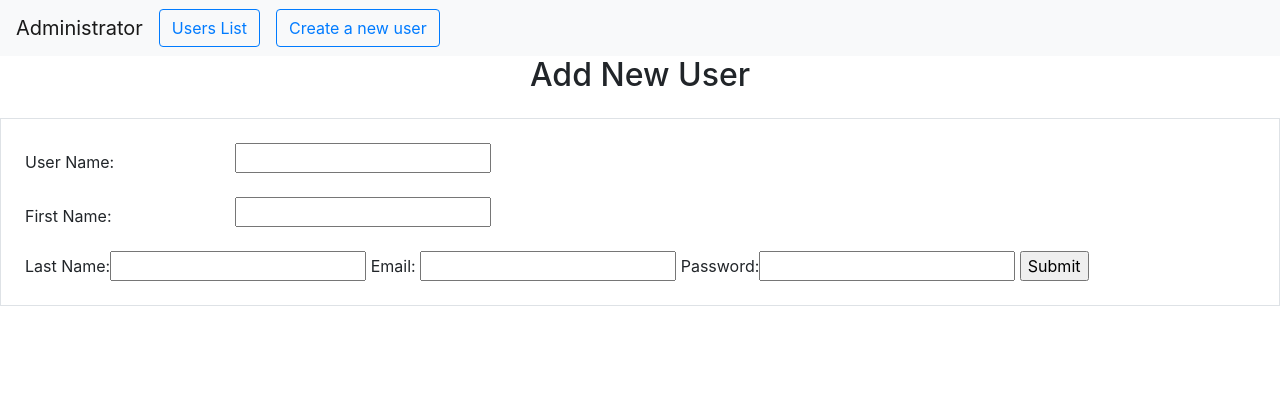
Repository: Dimitris-Kaler/Keycloak-Admin-Web-Interface
Page: http://localhost/rest-api/src/webapp/createUser.jsp
These files come from the project's save history. The page is drawn as it stood at one moment and after the next save; the edit follows.
The browser window is 1280 px wide. The pictures show the whole page.
The page is served by Tomcat 9. Other server files are loaded and not shown.

Above is the page before, as saved 2023-12-22 18:38:25.

### rest-api/src/webapp/createUser.jsp
<%@ page language="java" contentType="text/html; charset=ISO-8859-1"
    pageEncoding="ISO-8859-1"%>
<!DOCTYPE html>
<html>
<head>
<meta charset="ISO-8859-1">
<title>Insert title here</title>
<link rel="stylesheet" href="https://maxcdn.bootstrapcdn.com/bootstrap/4.0.0/css/bootstrap.min.css" integrity="sha384-Gn5384xqQ1aoWXA+058RXPxPg6fy4IWvTNh0E263XmFcJlSAwiGgFAW/dAiS6JXm" crossorigin="anonymous">
</head>
<body>
	   <nav class="navbar navbar-expand-lg navbar-light bg-light">
        <a class="navbar-brand" href="#">Administrator</a>
        <button class="navbar-toggler" type="button" data-toggle="collapse" data-target="#navbarNav"
            aria-controls="navbarNav" aria-expanded="false" aria-label="Toggle navigation">
            <span class="navbar-toggler-icon"></span>
        </button>
        <div class="collapse navbar-collapse" id="navbarNav">
            <ul class="navbar-nav">
                <li class="nav-item active">
                    <form class="form-inline my-2 my-lg-0" action="userRepository" method="GET">
                        <button class="btn btn-outline-primary my-2 my-sm-0" type="submit">Users List</button>
                    </form>
                </li>
                <li class="nav-item">
                    <form class="form-inline my-2 my-lg-0 mx-3" action="createUser" method="GET">
                        <button class="btn btn-outline-primary my-2 my-sm-0" type="submit">Create a new user</button>
                    </form>
                </li>
            </ul>
        </div>
    </nav>
<h2 class="text-center mb-4">Add New User</h2>
<form class="border p-4 form"action="addUser"method="POST" >
<div class="form-group row">
			<label for="Username" class="col-sm-2 col-form-label">User
				Name:</label>
			<div class="col-sm-10">
				<input type="text" name="Username">
			</div>
		</div>
<div class="form-group row">
			<label for="firstName" class="col-sm-2 col-form-label">First
				Name:</label>
			<div class="col-sm-10">
				<input type="text" name="firstName" ">
			</div>
		</div>
Last Name:<input type="text"name="lastName">
Email: <input type="email"name="email">
Password:<input type="password" name="password">
<input type="submit"name="submit">


</form>

</body>
</html>

After the next save:
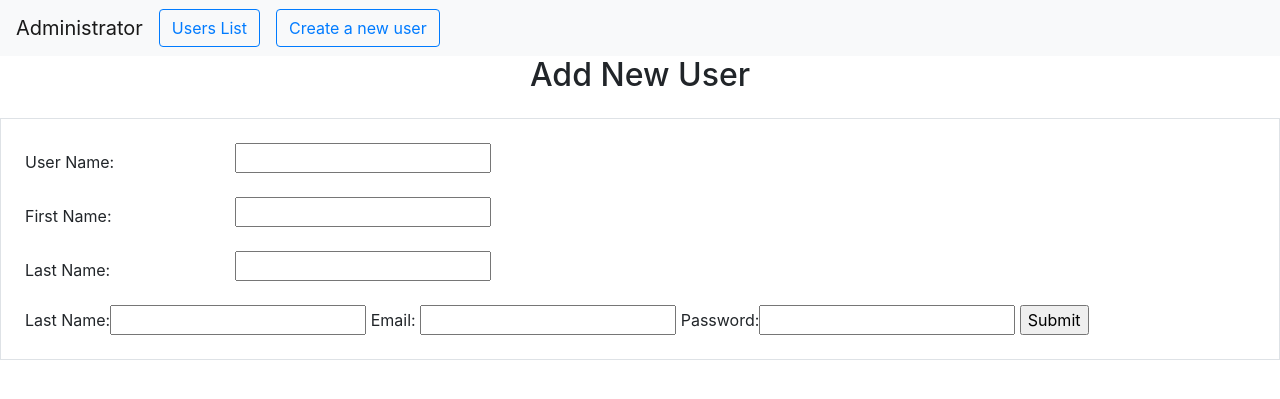
Saved 42 s later.
--- a/rest-api/src/webapp/createUser.jsp
+++ b/rest-api/src/webapp/createUser.jsp
@@ -45,6 +45,13 @@
 				<input type="text" name="firstName" ">
 			</div>
 		</div>
+		<div class="form-group row">
+			<label for="lastName" class="col-sm-2 col-form-label">Last
+				Name:</label>
+			<div class="col-sm-10">
+				<input type="text" name="lastName" ">
+			</div>
+		</div>
 Last Name:<input type="text"name="lastName">
 Email: <input type="email"name="email">
 Password:<input type="password" name="password">
